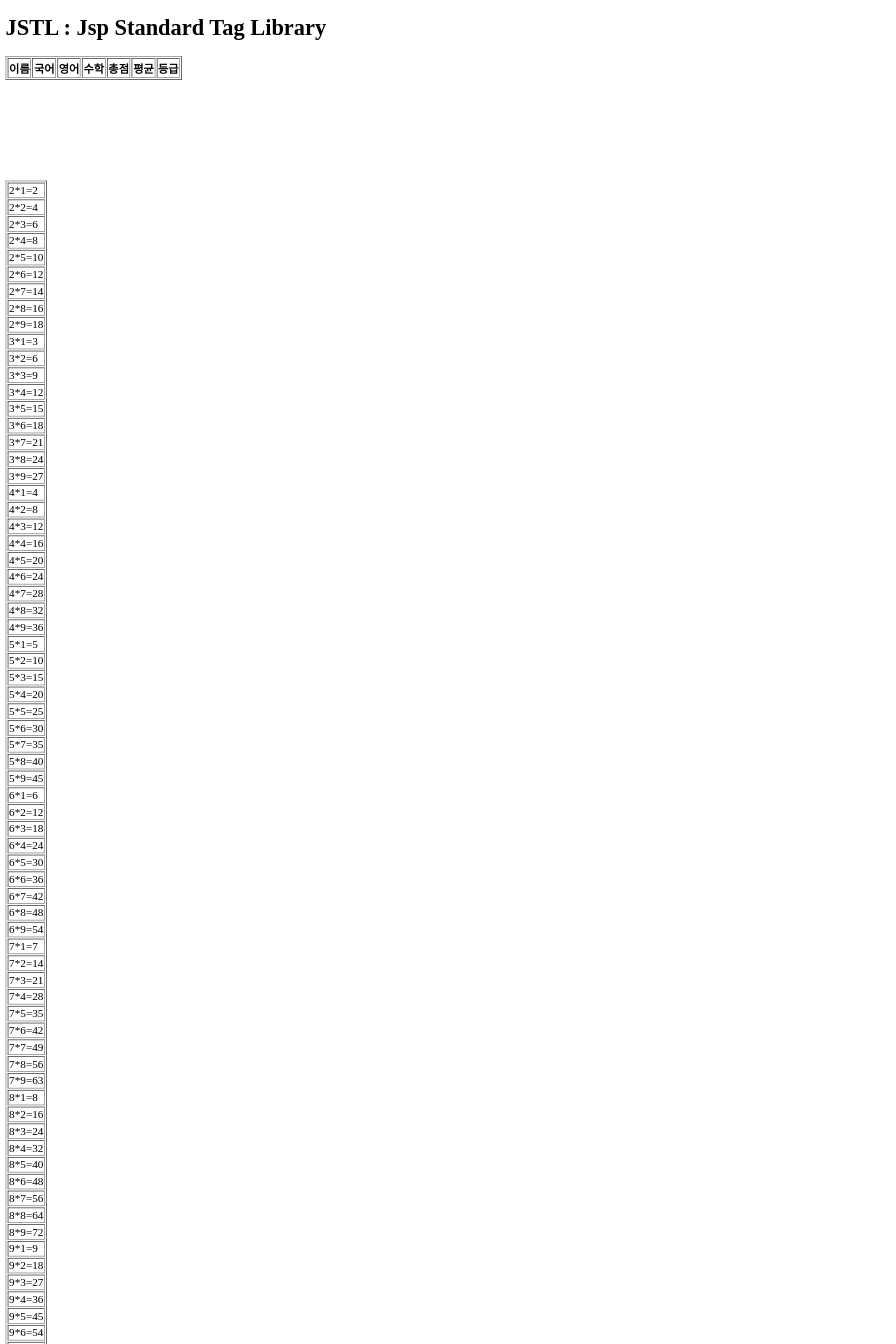
Repository: charamee/Web_kh
Page: http://localhost/Jsp07_EL_JSTL/jstltest.jsp
The author's editor kept a copy of each file at every save. The page is drawn from the files as they stood at one save, then again after the next save.
The browser window is 1280 px wide. The pictures show the part of the page from y = 0 to 1920 px (the page is 1998 px tall before and 4158 px after), at 70% of full size.
The page is served by Tomcat 9. The template is opened directly, without the code that normally fills it, so the values that code supplies are empty.

Above is the page before, as saved 2021-02-24 15:24:46.

After the next save:
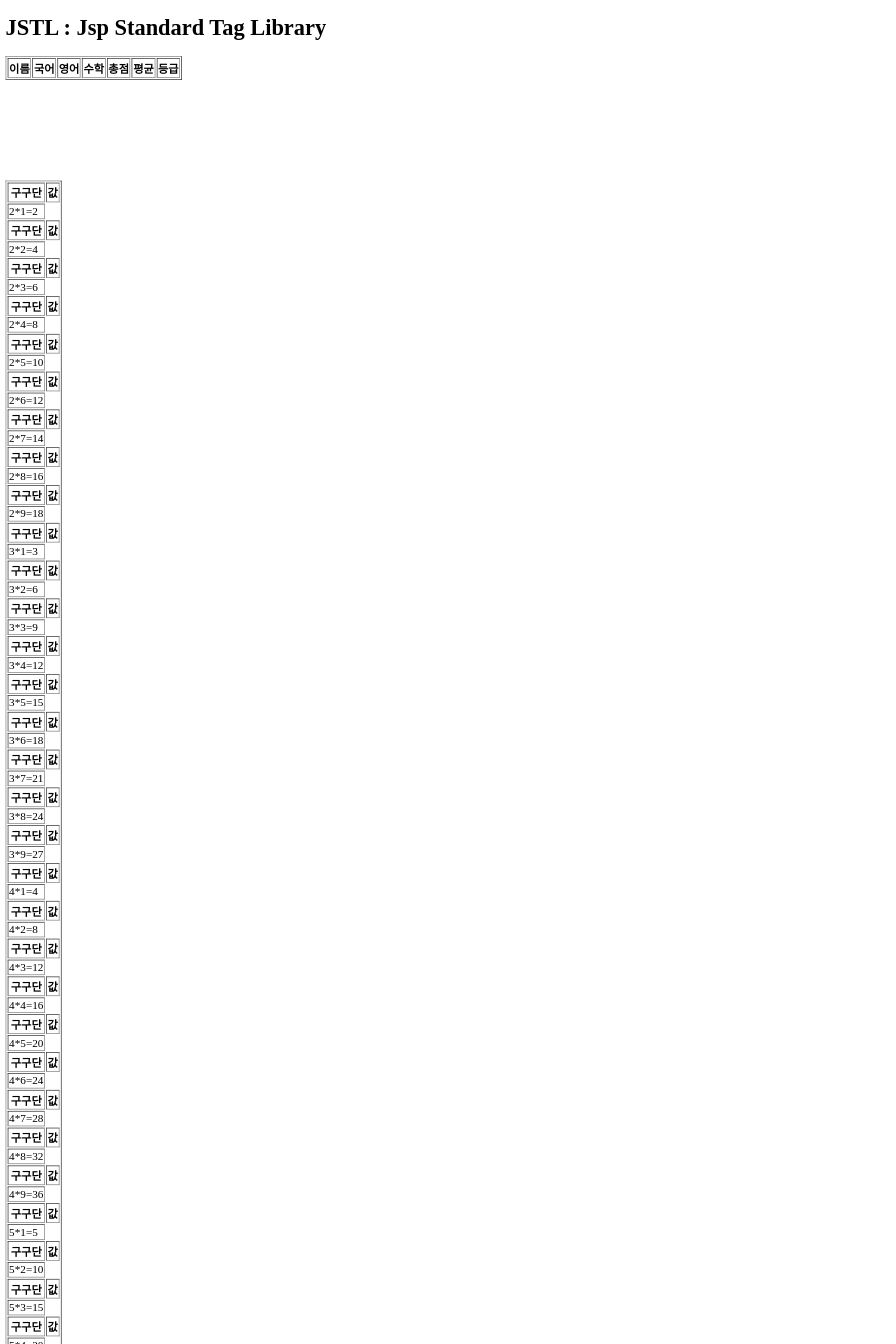
Saved 111 s later.
--- a/Workspace_WEB/Jsp07_EL_JSTL/WebContent/jstltest.jsp
+++ b/Workspace_WEB/Jsp07_EL_JSTL/WebContent/jstltest.jsp
@@ -93,6 +93,11 @@
 	<c:forEach var="i" begin="2" end="9" step="1">
 		<c:forEach var="j" begin="1" end ="9" step="1">
 		 <tr>
+		 	<th>구구단</th>
+		 	<th>값</th>
+		 </tr>
+
+		 <tr>
 		 <td>${i}*${j}=${i*j }<br></td>
 		 </tr>
 		</c:forEach>
